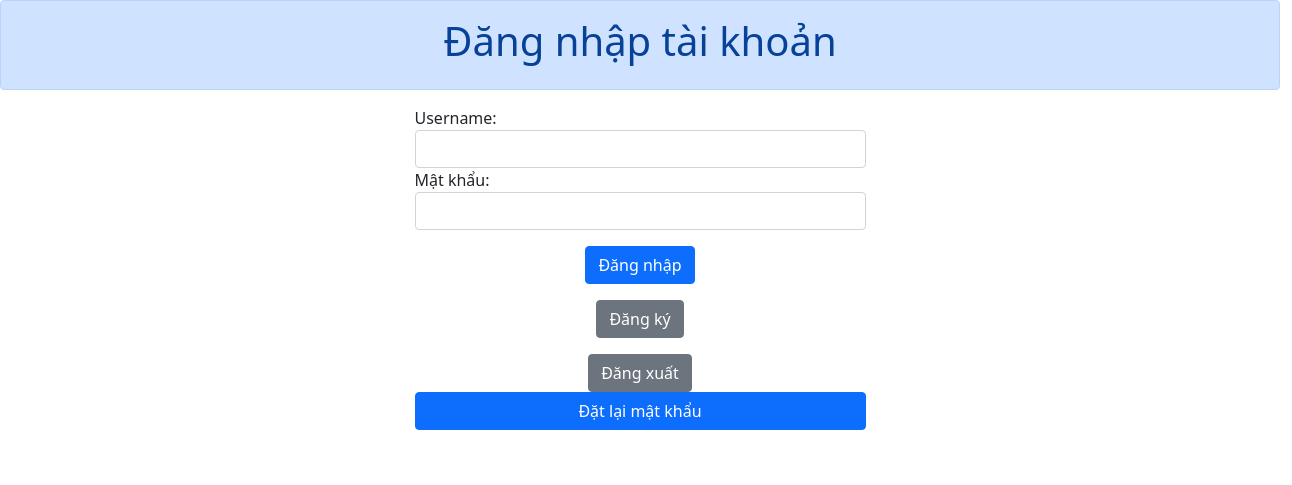
Repository: Carwyn1101/NguyenDinhHongPhuc_22133041
Page: http://localhost/LapTrinhWeb/views/login.jsp
An editor plug-in stored every save of this project. The page is shown before and after the next save, followed by the edit.
The browser window is 1280 px wide. The page is 1292 px wide, so the pictures cover 1292 px, including what lies to the right of the window. The pictures show the whole page.
The page is served by Tomcat 10. Nobody is signed in. The application's start-up code is not run.

Above is the page before, as saved 2024-09-15 05:34:49.

After the next save:
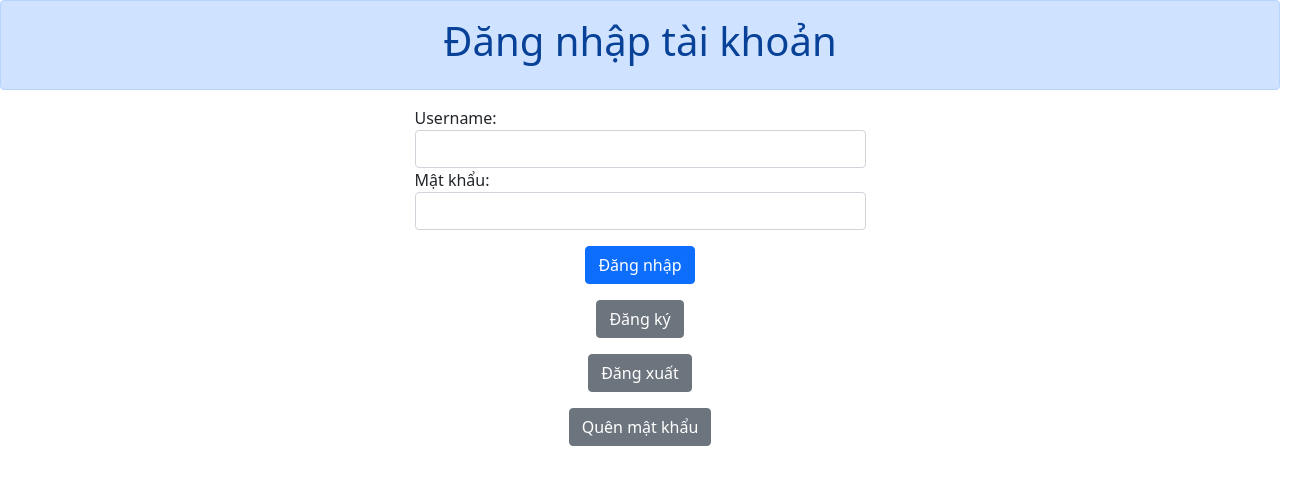
Saved 5 min 21 s later.
--- a/LapTrinhWeb/src/main/webapp/views/login.jsp
+++ b/LapTrinhWeb/src/main/webapp/views/login.jsp
@@ -1,6 +1,6 @@
 <%@ page language="java" contentType="text/html; charset=UTF-8"
 	pageEncoding="UTF-8"%>
-<%@ taglib prefix="c" uri="http://java.sun.com/jsp/jstl/core" %>
+<%@ taglib prefix="c" uri="http://java.sun.com/jsp/jstl/core"%>
 <!DOCTYPE html>
 <html>
 <head>
@@ -16,7 +16,7 @@ bootstrap.min.css"
 <body>
 	<header class="row">
 		<div class="col">
-			<div class="alert alert-primary col" align="center" >
+			<div class="alert alert-primary col" align="center">
 				<h1>Đăng nhập tài khoản</h1>
 			</div>
 		</div>
@@ -25,12 +25,12 @@ bootstrap.min.css"
 		<div class="row justify-content-center">
 			<div class="col-12 col-md-5">
 				<form action="login" method="post">
-							<c:if test="${alert != null}">
-								<label class="alert alert-danger">${alert}</label>
-							</c:if>
+					<c:if test="${alert != null}">
+						<label class="alert alert-danger">${alert}</label>
+					</c:if>
 					<div class="form-group">
-						<label for="username">Username:</label> <input type="text" id="username"
-							name="username" class="form-control" />
+						<label for="username">Username:</label> <input type="text"
+							id="username" name="username" class="form-control" />
 					</div>
 					<div class="form-group">
 						<label for="password">Mật khẩu: </label> <input type="password"
@@ -41,15 +41,21 @@ bootstrap.min.css"
 					</div>
 					<div class="form-group mt-3" align="center">
 						<!-- Button chuyển hướng tới trang đăng ký -->
-						<button type="button" class="btn btn-secondary" onclick="window.location.href='views/register.jsp'">Đăng ký</button>
+						<button type="button" class="btn btn-secondary"
+							onclick="window.location.href='views/register.jsp'">Đăng
+							ký</button>
 					</div>
 					<div class="form-group mt-3" align="center">
 						<!-- Button logout -->
-						<button type="button" class="btn btn-secondary" >Đăng xuất</button>
+						<button type="button" class="btn btn-secondary">Đăng
+							xuất</button>
 					</div>
-					<div class="d-grid">
-                        <button type="submit" class="btn btn-primary">Đặt lại mật khẩu</button>
-                    </div>
+					<div class="form-group mt-3" align="center">
+						<!-- Button chuyển hướng tới trang quên mật khẩu -->
+						<button type="button" class="btn btn-secondary"
+							onclick="window.location.href='forgetPassword.jsp'">Quên
+							mật khẩu</button>
+					</div>
 				</form>
 			</div>
 		</div>
